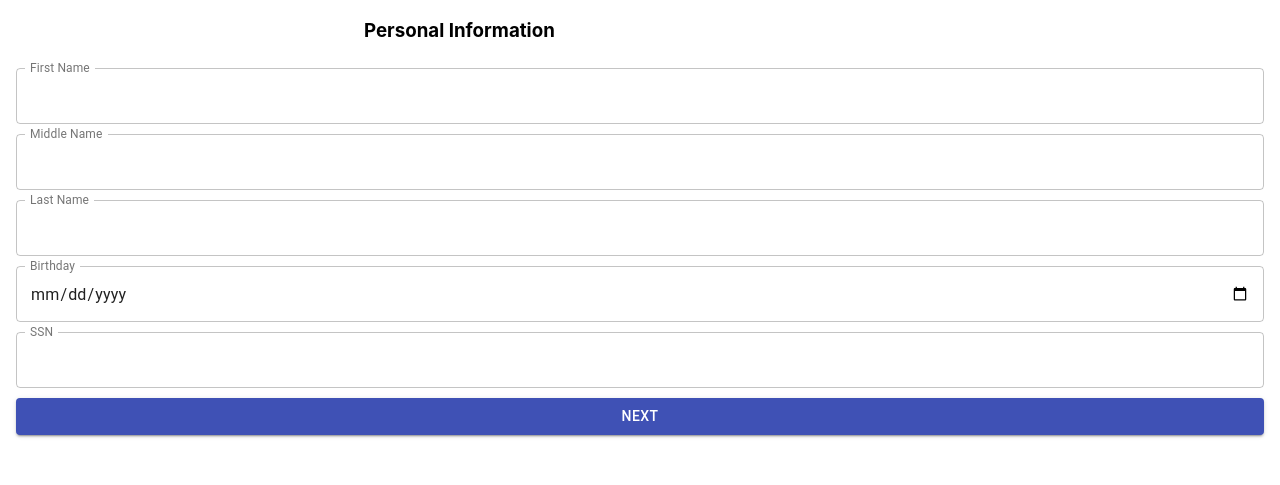
Repository: chathuraedirisingh/rr
Page: /
These files come from the project's save history. The page is drawn as it stood at one moment and after the next save; the edit follows.
The browser window is 1280 px wide. The pictures show the whole page.
The project was rebuilt for these pictures with package versions that can differ from the ones it lists, and the page was loaded fresh each time. Also part of the build but not shown: src/components/FormContactDetails.js, src/components/FormEmployerDetails.js, src/components/Confirm.js.

Above is the page before, as saved 2019-12-18 02:30:42.

### src/App.js
import React, { Component } from 'react'
import UserForm from './components/UserForm'

export default class App extends Component {
  render() {
    return (
      <UserForm />
    )
  }
}

### src/components/UserForm.js
import React, { Component } from 'react'
import FormPersonalDetails from './FormPersonalDetails';
import FormContactDetails from './FormContactDetails';
import FormEmployerDetails from './FormEmployerDetails';
import Confirm from './Confirm';

export default class UserForm extends Component {
    state = {
        step: 1,
        firstname: "",
        middlename: "",
        lastname: "",
        birthday: '',
        ssn: "",
        email: "",
        phone: "",
        address: "",
        city: "",
        state: "",
        zip: "",
        employed: "",
        employer_name: "",
        job_title: "",
        emp_phone: "",
        income: "",
        start_date: "",
        income_ext: ""
    };

    nextStep = () => {
        const { step } = this.state;
        this.setState({
            step: step + 1
        });
        console.log(this.state);
    };

    prevStep = () => {
        const { step } = this.state;
        this.setState({
            step: step - 1
        });
    };

    handleChange = input => e => {
        this.setState({
            [input]: e.target.value
        });
    };

    render() {
        const { step } = this.state;
        const {
            firstname,
            middlename,
            lastname,
            birthday,
            ssn,

            email,
            phone,
            address,
            city,
            state,
            zip,

            employed,
            employer_name,
            job_title,
            emp_phone,
            income,
            start_date,
            income_ext
        } = this.state;

        const values = {
            firstname,
            middlename,
            lastname,
            birthday,
            ssn,
            email,
            phone,
            address,
            city,
            state,
            zip,
            employed,
            employer_name,
            job_title,
            emp_phone,
            income,
            start_date,
            income_ext
        };

        switch (step) {
            case 1:
                return (
                    <FormPersonalDetails
                        nextStep={this.nextStep}
                        handleChange={this.handleChange}
                        values={values}
                    />
                )

            case 2:
                return (
                    <FormContactDetails
                        nextStep={this.nextStep}
                        prevStep={this.prevStep}
                        handleChange={this.handleChange}
                        values={values}
                    />
                )
            case 3:
                return (
                    <FormEmployerDetails
                        nextStep={this.nextStep}
                        prevStep={this.prevStep}
                        handleChange={this.handleChange}
                        values={values}
                    />
                )

                case 4:
                return (
                    <Confirm
                        nextStep={this.nextStep}
                        prevStep={this.prevStep}
                        handleChange={this.handleChange}
                        values={values}
                    />
                )
        }

        return (
            <div>

            </div>
        )
    }
}

### src/components/FormPersonalDetails.js
import React, { Component, Fragment, useState } from "react";
import { Button, TextField, Container, Box } from "@material-ui/core";


export default class FormPersonalDetails extends Component {
    continue = e => {
        e.preventDefault();
        this.props.nextStep();
    };

    render() {

        const { values, handleChange } = this.props;
        return (
            <Fragment>
                <div style={{ width: '100%' }}>
                    <Container maxWidth="sm">
                        <h3>Personal Information</h3>
                    </Container>

                    <Box display="flex"
                        flexDirection="column"
                        p={1} m={1}
                        bgcolor="background.paper">
                        <TextField
                            style={{ marginBottom: 10 }}
                            label="First Name"
                            variant="outlined"
                            onChange={handleChange('firstname')}
                            defaultValue={values.firstname}
                            InputLabelProps={{
                                shrink: true,
                            }} />
                        <TextField
                            style={{ marginBottom: 10 }}
                            label="Middle Name"
                            variant="outlined"
                            onChange={handleChange('middlename')}
                            defaultValue={values.firstname}
                            InputLabelProps={{
                                shrink: true,
                            }} />
                        <TextField
                            style={{ marginBottom: 10 }}
                            label="Last Name"
                            variant="outlined"
                            onChange={handleChange('lastname')}
                            defaultValue={values.firstname}
                            InputLabelProps={{
                                shrink: true,
                            }} />
                        <TextField
                            style={{ marginBottom: 10 }}
                            id="date"
                            type="date"
                            label="Birthday"
                            variant="outlined"
                            onChange={handleChange('birthday')}
                            defaultValue={values.birthday}
                            InputLabelProps={{
                                shrink: true,
                            }}
                        />

                        <TextField
                            style={{ marginBottom: 10 }}
                            label="SSN"
                            variant="outlined"
                            onChange={handleChange('ssn')}
                            defaultValue={values.ssn}
                            InputLabelProps={{
                                shrink: true,
                            }} />
                        <Button
                            style={{ marginBottom: 10 }}
                            variant="contained"
                            color="primary"
                            href="#contained-buttons"
                            onClick={this.continue} >Next</Button>
                    </Box>

                </div>
            </Fragment>
        )
    }
}

Loaded but not shown: public/index.html (common file); src/index.js (common file); src/index.css (common file); src/serviceWorker.js (common file)

After the next save:
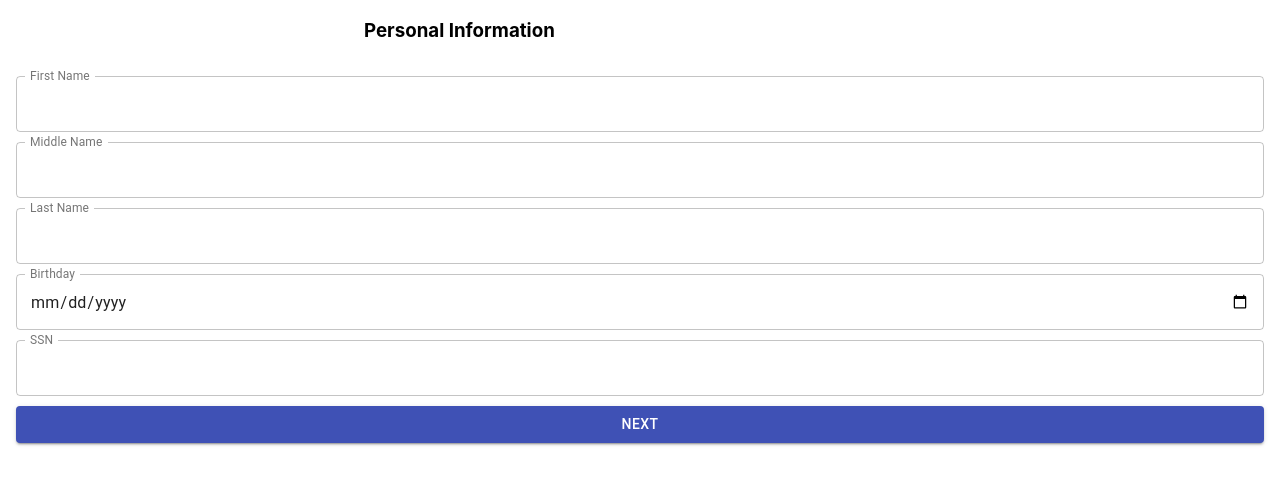
Saved 21 s later.
--- a/src/components/FormPersonalDetails.js
+++ b/src/components/FormPersonalDetails.js
@@ -14,7 +14,7 @@ export default class FormPersonalDetails extends Component {
         return (
             <Fragment>
                 <div style={{ width: '100%' }}>
-                    <Container maxWidth="sm">
+                    <Container style={{alignContent:'center'}} maxWidth="sm">
                         <h3>Personal Information</h3>
                     </Container>
 
